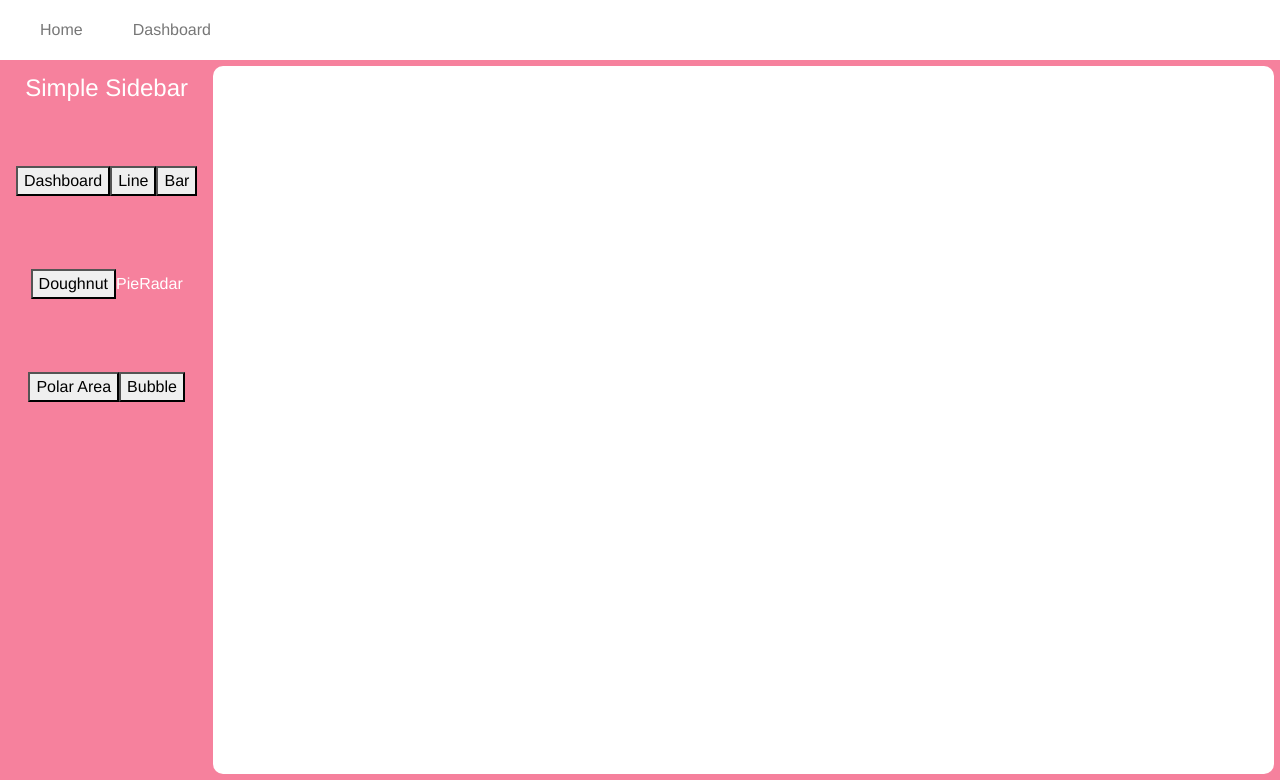
Repository: nashthecoder/vue_learn
Page: /dashboard (app in client/)
These files come from the project's save history. The page is drawn as it stood at one moment and after the next save; the edit follows.
The browser window is 1280 px wide. The pictures show the whole page.
The project was rebuilt for these pictures with package versions that can differ from the ones it lists, and the page was loaded fresh each time. Imported but missing from the stored project, and not drawn on this page: client/src/views/Home.vue.

Above is the page before, as saved 2020-12-25 01:25:59.

After the next save:
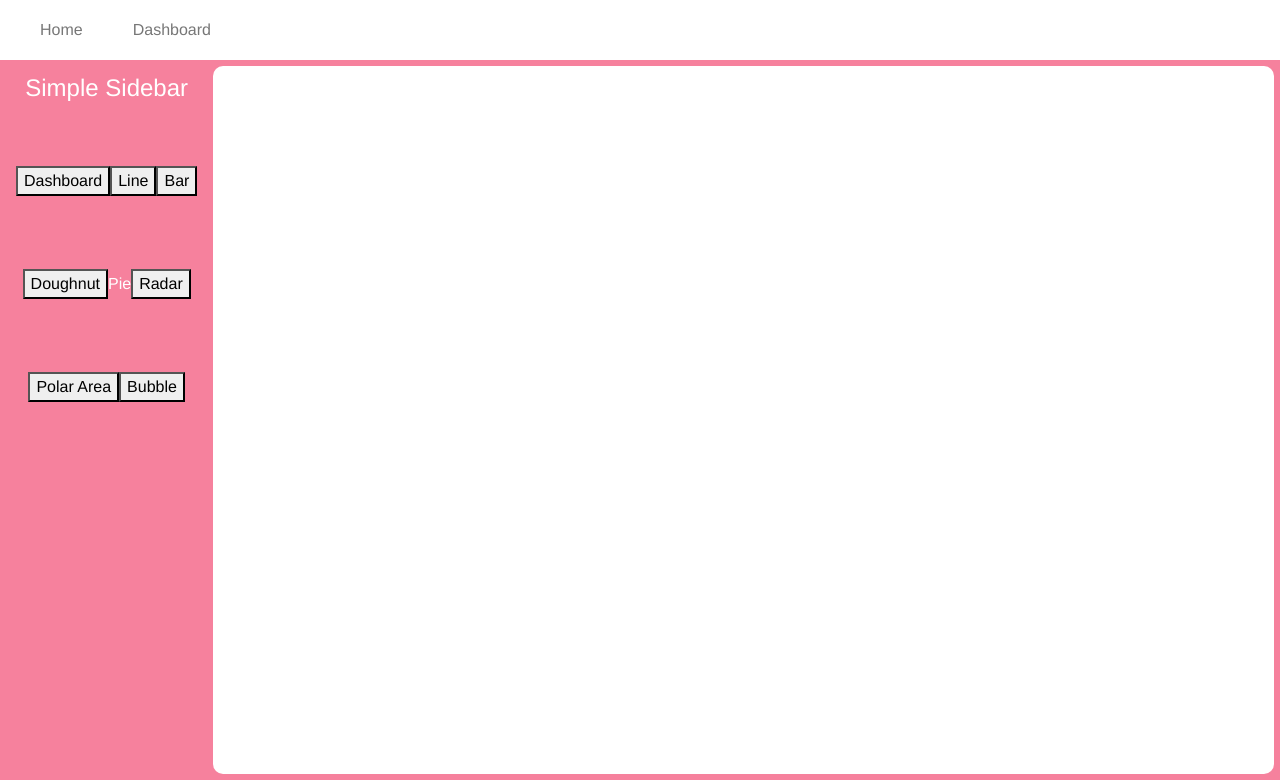
Saved 79 s later.
--- a/client/src/components/Sidebar.vue
+++ b/client/src/components/Sidebar.vue
@@ -49,7 +49,12 @@
           Pie
         </div>
       </router-link>
-      <router-link to="/radar" active-class="active" tag="button" exact class="side-btn">
+      <router-link
+        to="/radar"
+        active-class="active"
+        tag="button"
+        exactclass="side-btn"
+      >
         <div class="link-container">
           Radar
         </div>
